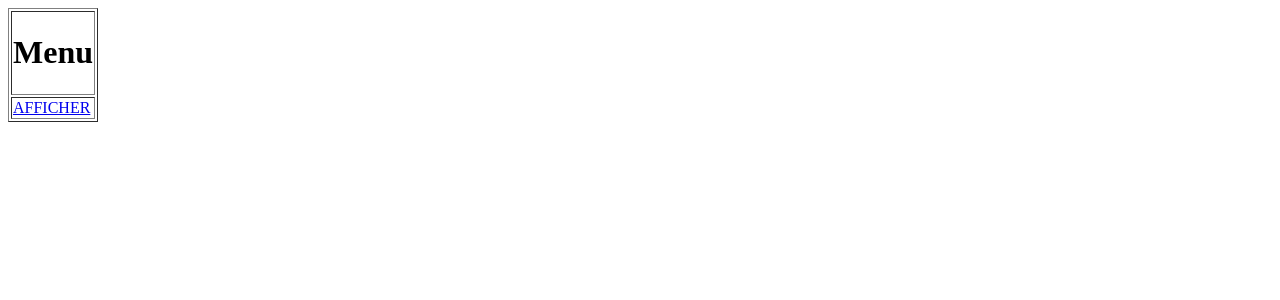
Repository: lemzoo/Formation_JEE
Page: TP_D04__Amelioration_V1.0/src/main/webapp/index.html
These files come from the project's save history. The page is drawn as it stood at one moment and after the next save; the edit follows.
The browser window is 1280 px wide. The pictures show the whole page.

Above is the page before, as saved 2016-06-22 11:05:23.

### TP_D04__Amelioration_V1.0/src/main/webapp/index.html
<!DOCTYPE html>
<html>
<head>
<meta charset="UTF-8">
<title>JSP Page</title>
</head>
<body>
	<table border="1">
		<thead>
			<tr>
				<th>
					<h1>Menu</h1>
				</th>
			</tr>
		</thead>
		<tbody>
			<tr>
				<td><a href="affiche">AFFICHER</a></td>
			</tr>
		</tbody>
	</table>

</body>
</html>

After the next save:
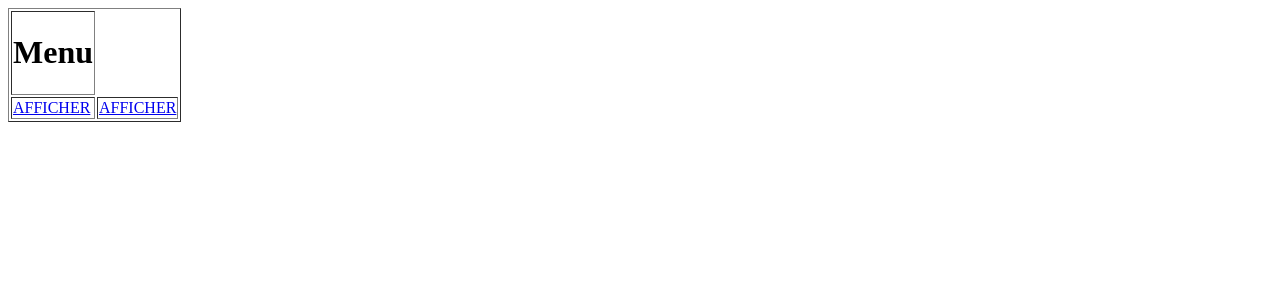
Saved 68 s later.
--- a/TP_D04__Amelioration_V1.0/src/main/webapp/index.html
+++ b/TP_D04__Amelioration_V1.0/src/main/webapp/index.html
@@ -16,6 +16,7 @@
 		<tbody>
 			<tr>
 				<td><a href="affiche">AFFICHER</a></td>
+				<td><a href="affiche">AFFICHER</a></td>
 			</tr>
 		</tbody>
 	</table>
